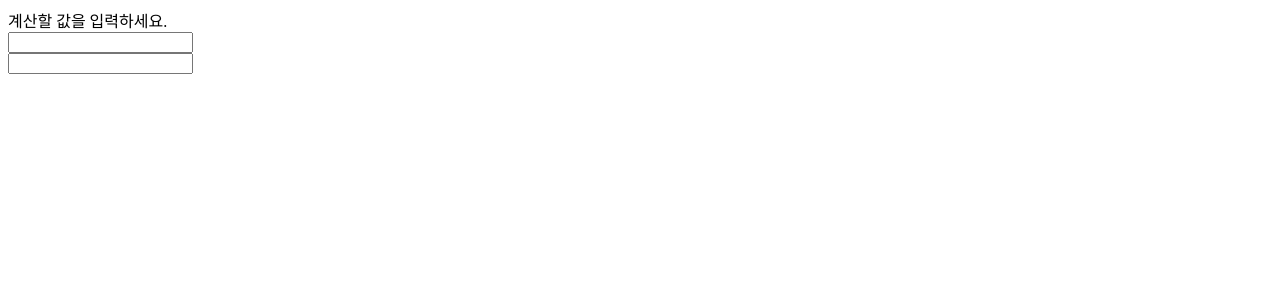
Repository: kwondam/servlet
Page: workspace/JSPPrj/WebContent/add.html
These files come from the project's save history. The page is drawn as it stood at one moment and after the next save; the edit follows.
The browser window is 1280 px wide. The pictures show the whole page.

Above is the page before, as saved 2020-03-25 05:52:14.

After the next save:
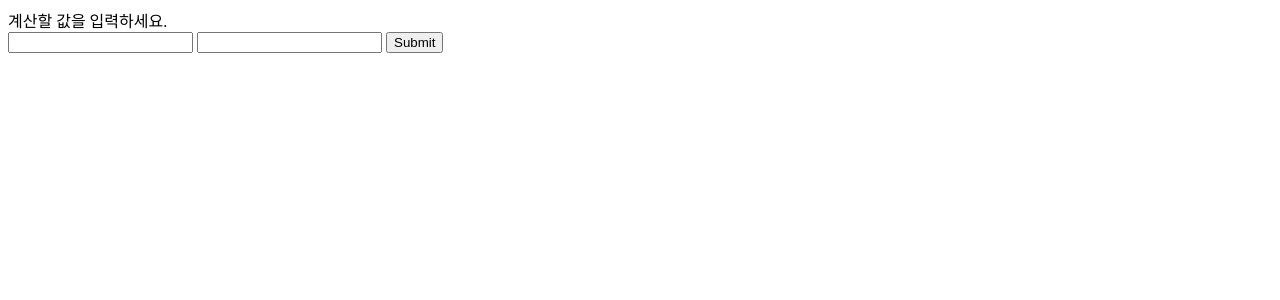
Saved 36 s later.
--- a/workspace/JSPPrj/WebContent/add.html
+++ b/workspace/JSPPrj/WebContent/add.html
@@ -6,7 +6,11 @@
 </head>
 <body>
 	<div> 계산할 값을 입력하세요.</div>
-	<div> <input type="text" name="firstnum"/></div>
-	<div> <input type="text" name="secondnum"/></div>
+	<div>
+		<input type="text" name="firstnum"/>
+		<input type="text" name="secondnum"/>
+		<input type="submit" name="제출"/>
+	</div>
+
 </body>
 </html>
